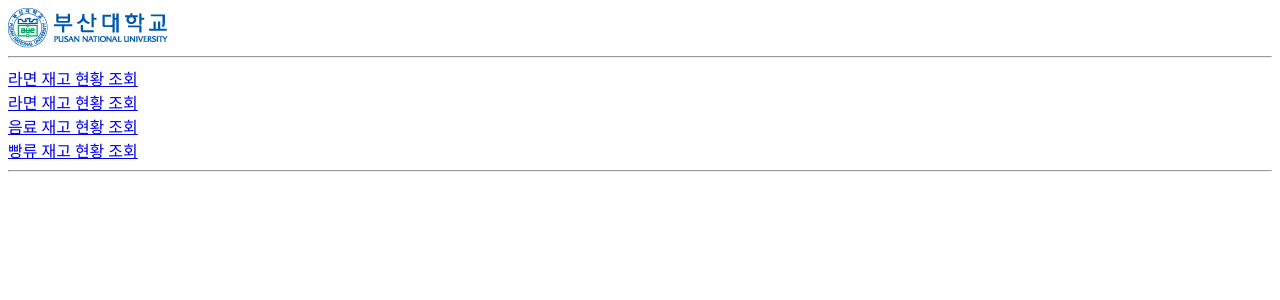
Repository: Gwangil/PCManager
Page: http://localhost/pcmanager.2.1.0/product/productInfo.jsp
An editor plug-in stored every save of this project. The page is shown before and after the next save, followed by the edit.
The browser window is 1280 px wide. The pictures show the whole page.
The page is served by Tomcat 9.

Above is the page before, as saved 2017-07-20 04:46:05.

After the next save:
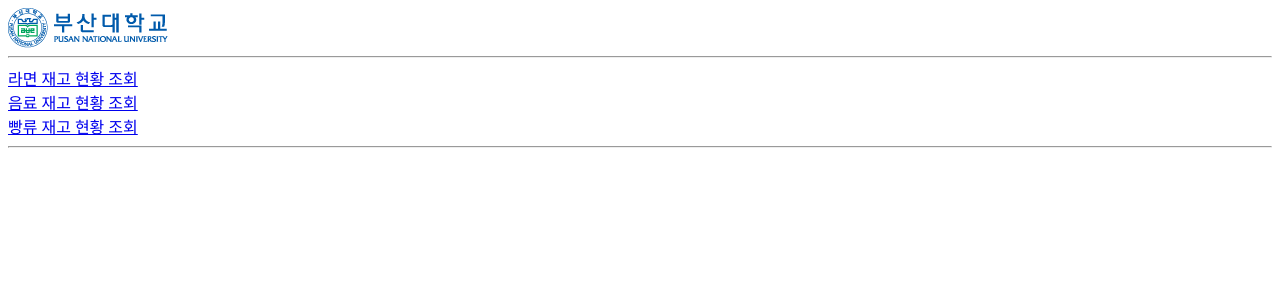
Saved 106 s later.
--- a/04.Workspace/02.pcmanager_workspace_2.0.0/pcmanager.2.1.0/WebContent/product/productInfo.jsp
+++ b/04.Workspace/02.pcmanager_workspace_2.0.0/pcmanager.2.1.0/WebContent/product/productInfo.jsp
@@ -13,7 +13,6 @@
 </a>
 <hr>
 <!-- category link -->
-<a href="/pcm/pcontroller?action=select">라면 재고 현황 조회</a><br>
 <a href="productInfoNoodle.jsp">라면 재고 현황 조회</a><br>
 <a href="productInfoDrink.jsp">음료 재고 현황 조회</a><br>
 <a href="productInfoBread.jsp">빵류 재고 현황 조회</a><br>
